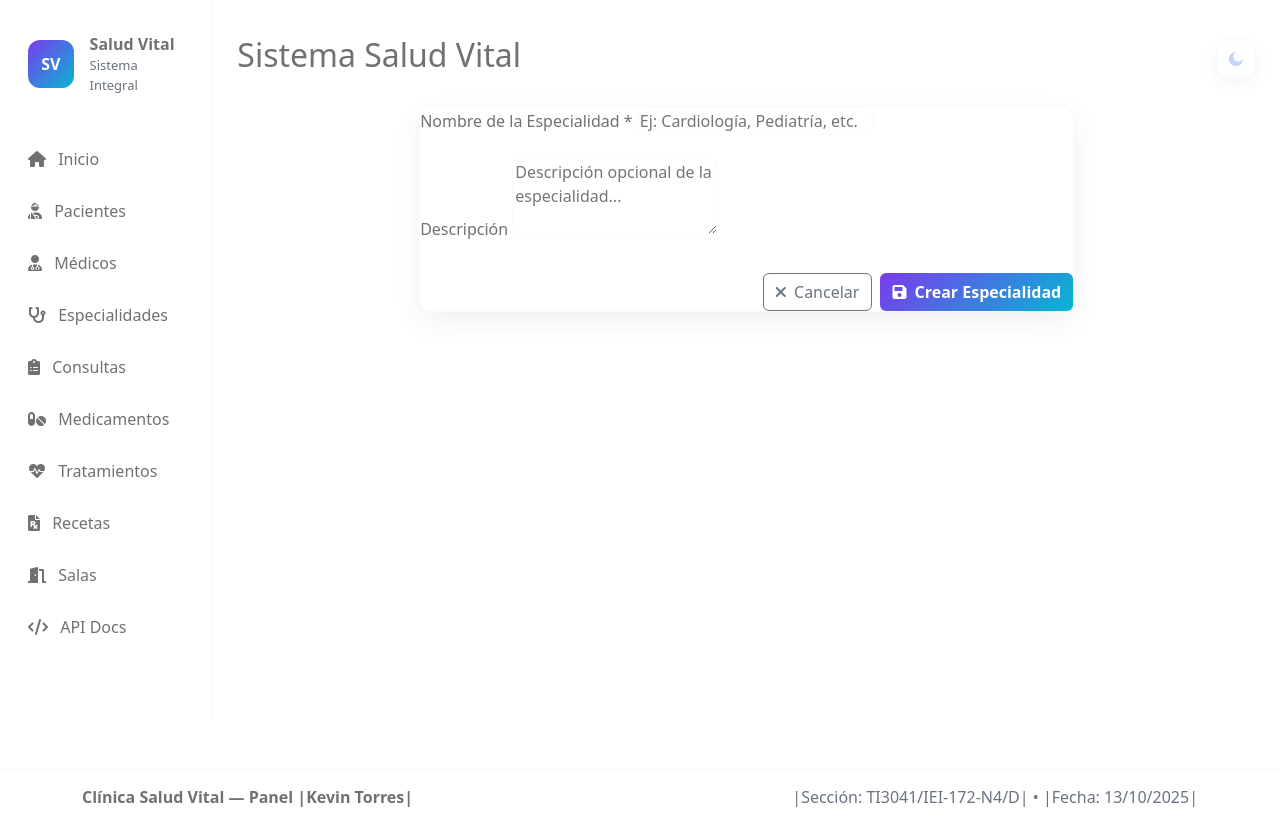
Repository: KeviNozh/eva2_clinica
Page: templates/crear_especialidad.html
These files come from the project's save history. The page is drawn as it stood at one moment and after the next save; the edit follows.
The browser window is 1280 px wide. The pictures show the whole page.
The template is drawn by Django 5.2. The application's start-up code is not run. The template is opened directly, without the code that normally fills it, so the values that code supplies are empty.

Above is the page before, as saved 2025-10-15 20:40:02.

After the next save:
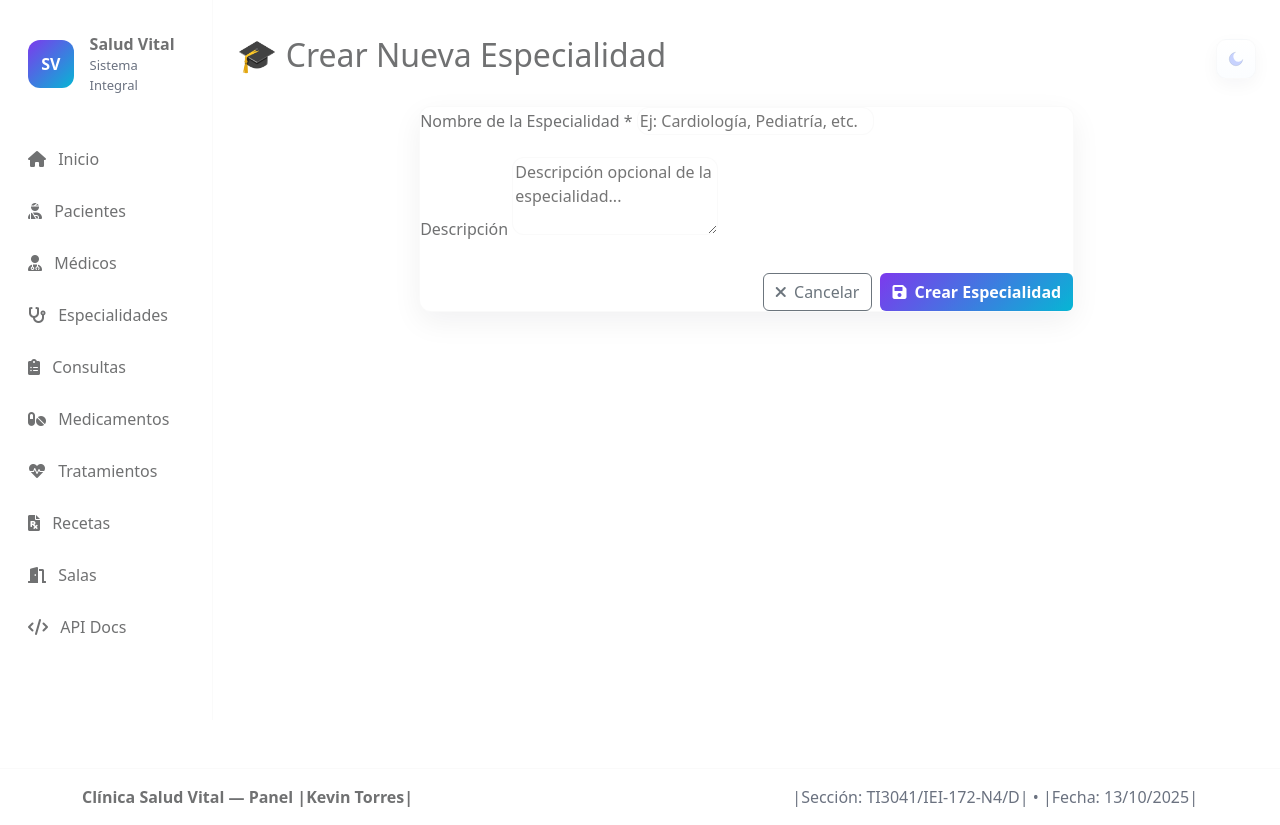
Saved 72 s later.
--- a/templates/crear_especialidad.html
+++ b/templates/crear_especialidad.html
@@ -1,6 +1,7 @@
 {% extends 'base.html' %}
 
 {% block title %}Crear Especialidad - Salud Vital{% endblock %}
+{% block page_title %}🎓 Crear Nueva Especialidad{% endblock %}
 
 {% block content %}
 <div class="container">
@@ -14,10 +15,11 @@
                         <div class="mb-3">
                             <label class="form-label">Nombre de la Especialidad *</label>
                             <input type="text" class="form-control-custom" name="nombre" required
-                                   placeholder="Ej: Cardiología, Pediatría, etc.">
+                                   placeholder="Ej: Cardiología, Pediatría, etc."
+                                   pattern="[A-Za-záéíóúÁÉÍÓÚñÑ\s]+"
+                                   title="Solo se permiten letras y espacios">
                         </div>
 
-                        <!-- ⚠️ ESTE ES EL CAMPO IMPORTANTE ⚠️ -->
                         <div class="mb-3">
                             <label class="form-label">Descripción</label>
                             <textarea class="form-control-custom" name="descripcion" rows="3"
